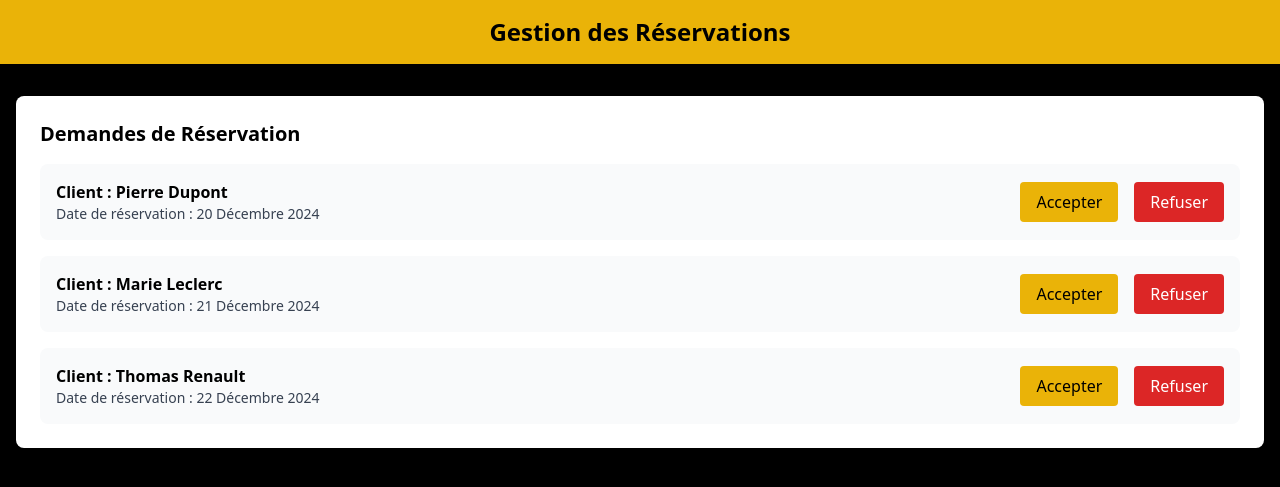
Repository: HamzaChehlaoui/Site-Web-pour-un-Chef-Cuisinier
Page: http://localhost/reservation.php
These files come from the project's save history. The page is drawn as it stood at one moment and after the next save; the edit follows.
The browser window is 1280 px wide. The pictures show the whole page.
Some web libraries are served in a nearby version. The page is run by PHP 8.4 with error messages shown; the project is at /var/www/html/.

Above is the page before, as saved 2024-12-18 12:28:08.

After the next save:
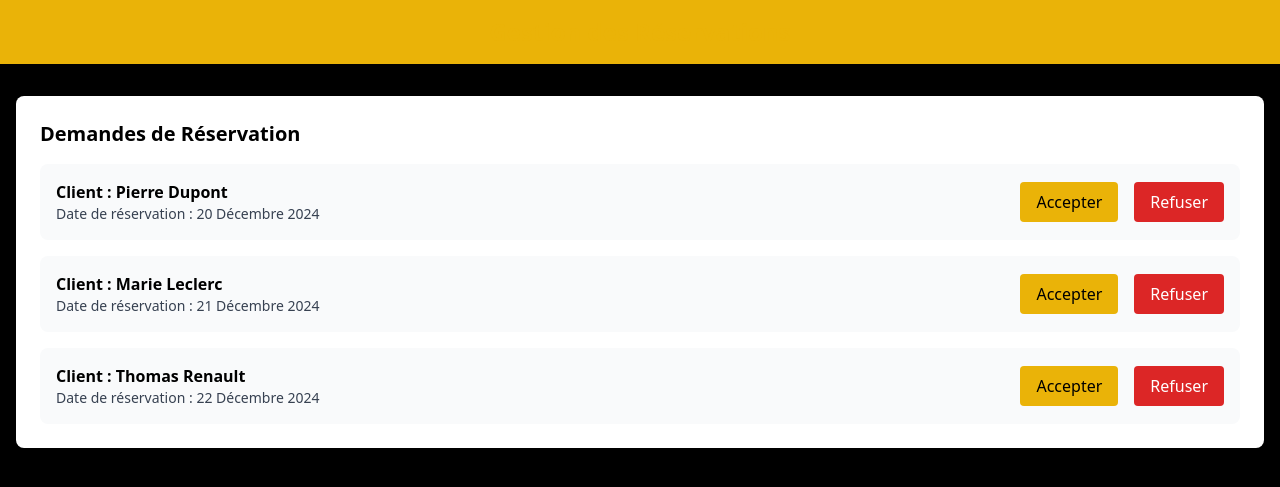
Saved 5 s later.
--- a/reservation.php
+++ b/reservation.php
@@ -13,7 +13,7 @@
 
     <!-- Header -->
     <header class="bg-yellow-500 text-black py-4 text-center">
-        <h1 class="text-2xl font-bold text-[yellow-500] ">Gestion des Réservations</h1>
+        <h1 class="text-2xl font-bold text-yellow-500 ">Gestion des Réservations</h1>
     </header>
 
     <!-- Main Content -->
